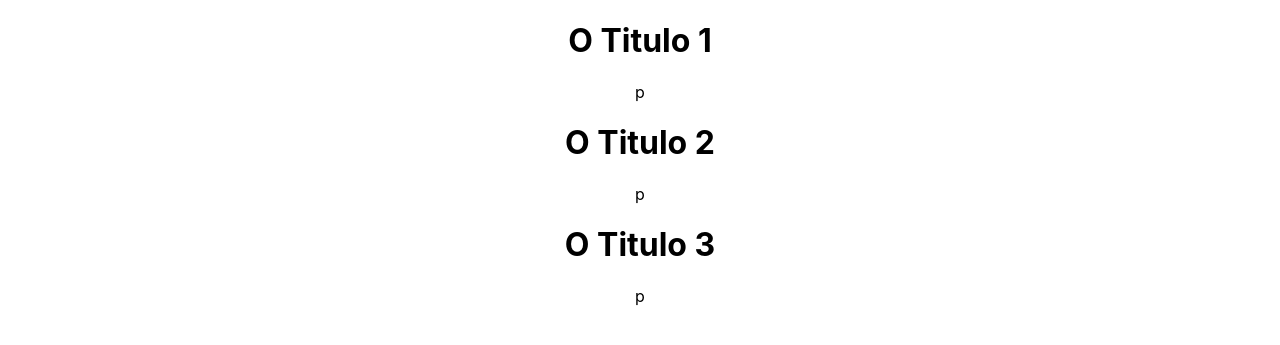
Repository: RobertoBaiochi/project-1
Page: /
An editor plug-in stored every save of this project. The page is shown before and after a run of saves, followed by the edit.
The browser window is 1280 px wide. The pictures show the whole page.
The project was rebuilt for these pictures with package versions that can differ from the ones it lists, and the page was loaded fresh each time. Imported but missing from the stored project, and not drawn on this page: src/reportWebVitals.

Above is the page before, as saved 2022-11-15 22:50:46.

### src/App.js
import "./App.css";
import { Component } from "react";

class App extends Component {
  state = {
      posts: [
        {
          id: 1,
          title: 'O Titulo 1',
          body: 'O corpo 1'
        },
        {
          id: 2,
          title: 'O Titulo 2',
          body: 'O corpo 2'
        },
        {
          id: 3,
          title: 'O Titulo 3',
          body: 'O corpo 3'
        }
      ]
  };

  render() {
    const { posts } = this.state;
    return (
      <div className="App">
        {posts.map(post => {
          return (
            <div key={post.id} className="post">
               <h1>{post.title}</h1>
               p
            </div>
        )}
      )}
      </div>
    );
  }
}

export default App;

Loaded but not shown: public/index.html (common file); src/index.js (common file); src/index.css (common file); src/App.css (common file)

After the next 5 saves:
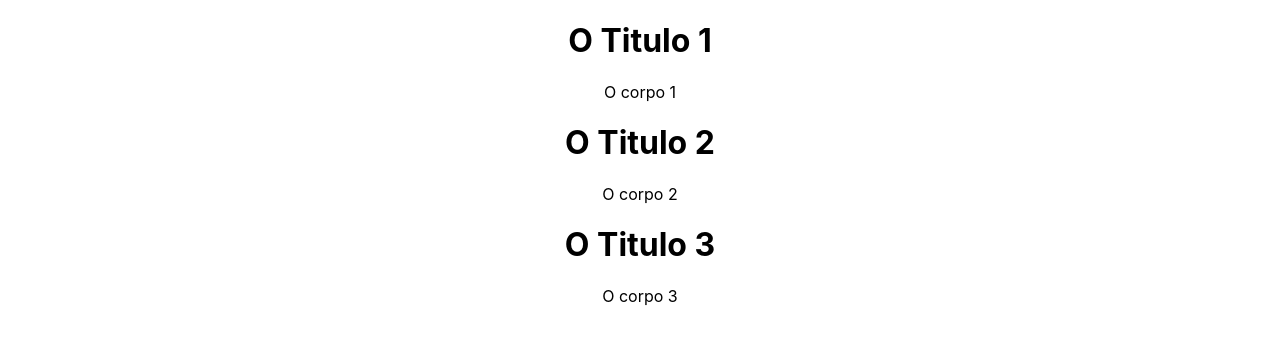
The 5 saves are shown as one change because they came seconds apart.
The last was saved 12 s later.
--- a/src/App.js
+++ b/src/App.js
@@ -30,7 +30,7 @@ class App extends Component {
           return (
             <div key={post.id} className="post">
                <h1>{post.title}</h1>
-               p
+               <p>{post.body}</p>
             </div>
         )}
       )}
